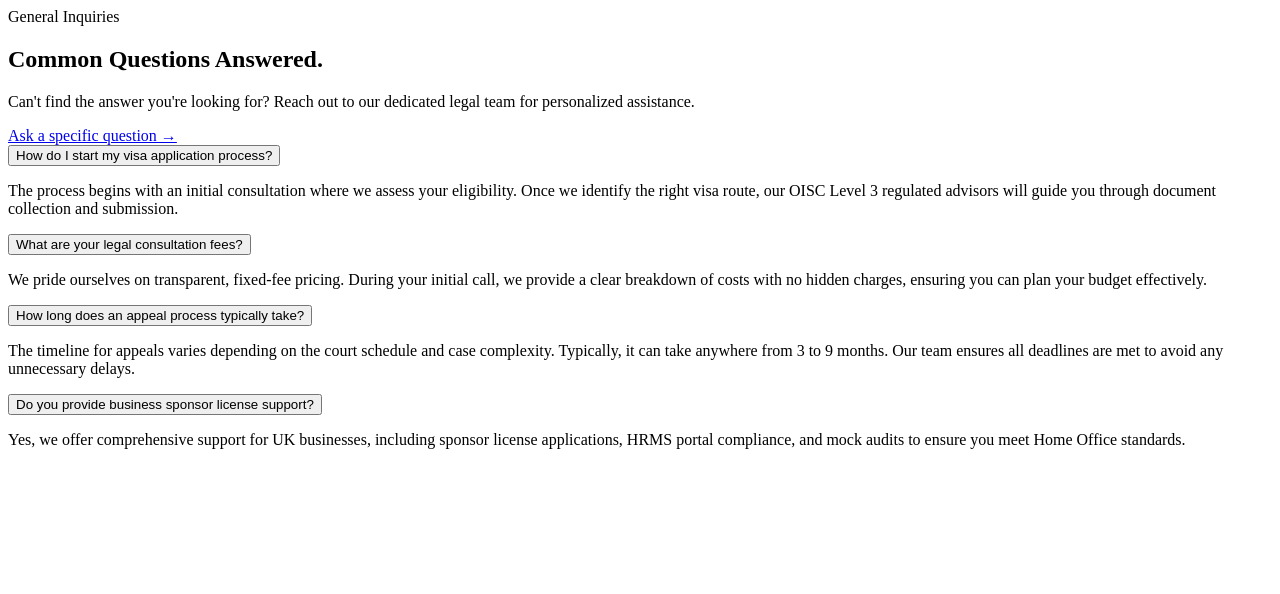
Repository: Iqbalhossen07/stonebridge3
Page: test.html
An editor plug-in stored every save of this project. The page is shown before and after the next save, followed by the edit.
The browser window is 1280 px wide. The pictures show the whole page.

Above is the page before, as saved 2026-03-02 16:20:00.

After the next save:
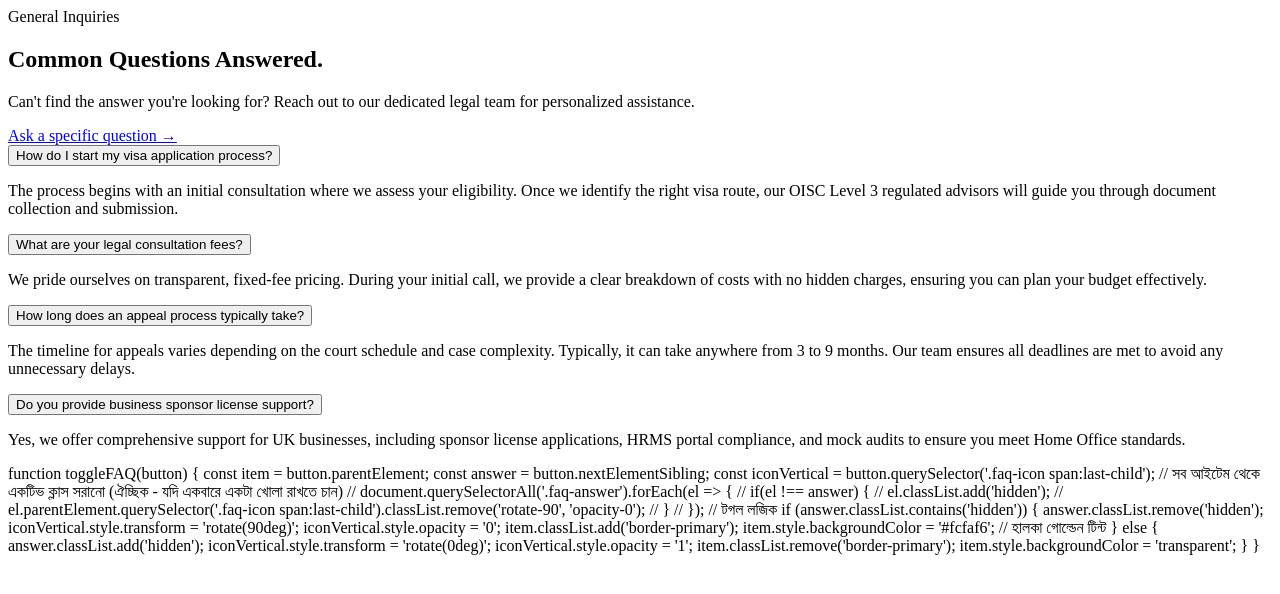
Saved 3 s later.
--- a/test.html
+++ b/test.html
@@ -85,3 +85,33 @@
         </div>
     </div>
 </section>
+
+
+   function toggleFAQ(button) {
+        const item = button.parentElement;
+        const answer = button.nextElementSibling;
+        const iconVertical = button.querySelector('.faq-icon span:last-child');
+
+        // সব আইটেম থেকে একটিভ ক্লাস সরানো (ঐচ্ছিক - যদি একবারে একটা খোলা রাখতে চান)
+        // document.querySelectorAll('.faq-answer').forEach(el => {
+        //     if(el !== answer) {
+        //         el.classList.add('hidden');
+        //         el.parentElement.querySelector('.faq-icon span:last-child').classList.remove('rotate-90', 'opacity-0');
+        //     }
+        // });
+
+        // টগল লজিক
+        if (answer.classList.contains('hidden')) {
+            answer.classList.remove('hidden');
+            iconVertical.style.transform = 'rotate(90deg)';
+            iconVertical.style.opacity = '0';
+            item.classList.add('border-primary');
+            item.style.backgroundColor = '#fcfaf6'; // হালকা গোল্ডেন টিন্ট
+        } else {
+            answer.classList.add('hidden');
+            iconVertical.style.transform = 'rotate(0deg)';
+            iconVertical.style.opacity = '1';
+            item.classList.remove('border-primary');
+            item.style.backgroundColor = 'transparent';
+        }
+    }

After the 4 saves that followed:
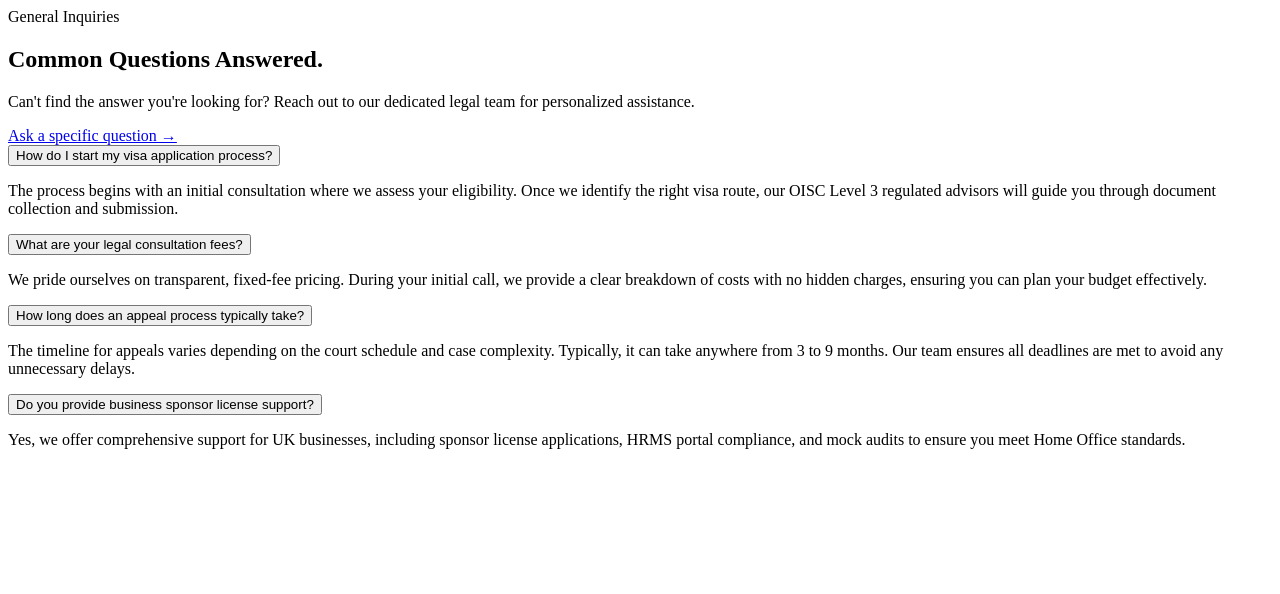
The 4 saves are shown as one change because 1 left the picture as it was and some came seconds apart.
The last was saved 35 s later.
--- a/test.html
+++ b/test.html
@@ -86,7 +86,7 @@
     </div>
 </section>
 
-
+<script>
    function toggleFAQ(button) {
         const item = button.parentElement;
         const answer = button.nextElementSibling;
@@ -115,3 +115,5 @@
             item.style.backgroundColor = 'transparent';
         }
     }
+
+    </script>
